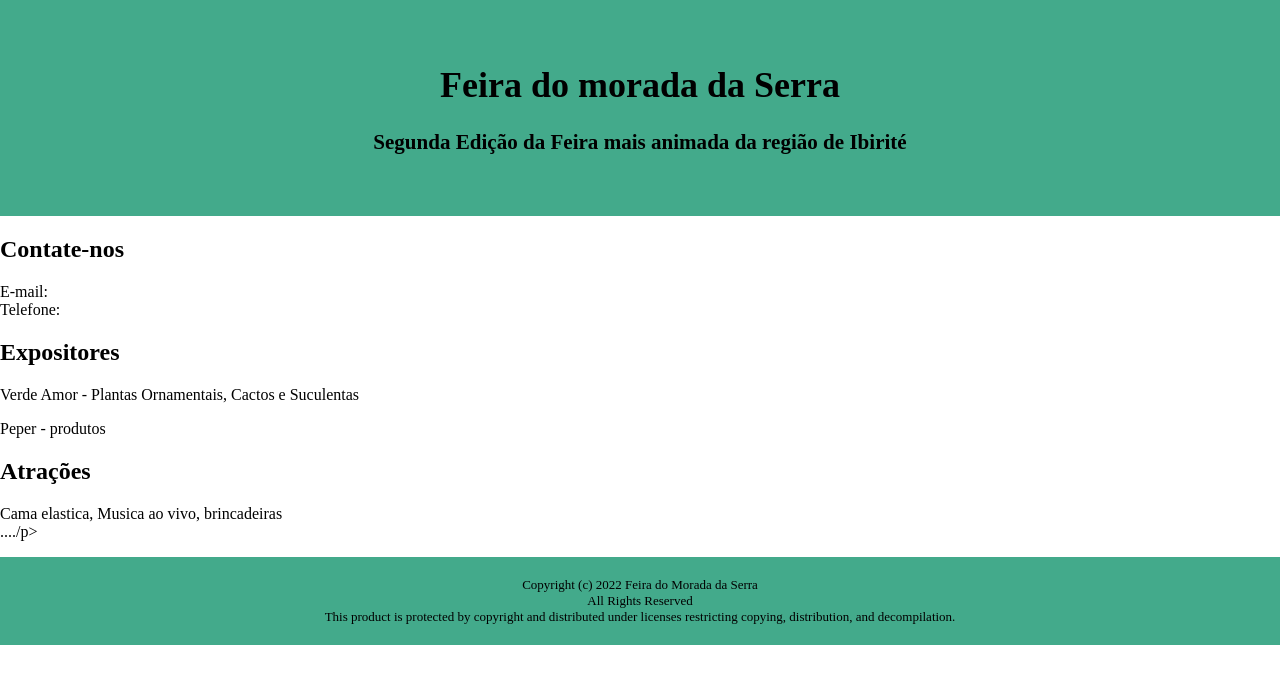
Repository: valerianogueirasilva/feiraibirite
Page: SoacialProject/Index.html
These files come from the project's save history. The page is drawn as it stood at one moment and after the next save; the edit follows.
The browser window is 1280 px wide. The pictures show the whole page.

Above is the page before, as saved 2022-07-11 15:05:27.

### SoacialProject/Index.html
<!DOCTYPE html>
<html>
<head>
<meta charset="ISO-8859-1">
<title>Feira Social do Morada da Serra</title>
<link rel="stylesheet" type="text/css" href="Css/cssfile.css" >
<header id="HeaderId" class="HeaderClass">
<h1 id="H1HeaderId" class="H1HeaderClass">Feira do morada da Serra</h1>
<h3 id="H3HeaderId" class="H3HeaderClass">Segunda Edição da Feira mais animada da região de Ibirité</h3>
</header>

</head>
<body>

<div class="row">
  <div id="ColumnRigthId" class="ColumnRigthClass">
    <h2>Contate-nos</h2>
    <p>E-mail: <br> Telefone: <br> </p>
  </div>

  <div ide="ColumnMiddleId" class="ColumnMiddleClass">
    <h2>Expositores</h2>
    <p id="VerdeAmorId" class="VerdeAmorClass"> Verde Amor - Plantas Ornamentais, Cactos e Suculentas</p>
    <p id="PeperId" Class="PeperClass"> Peper - produtos </p>
    <p></p>
    <p></p>
    <p></p>
    <p></p>
    <p></p>
    <p></p>
    <p></p>
    <p></p>
    <p></p>
    <p></p>
    <p></p>
    <p></p>
    <p></p>
    <p></p>
    <p></p>
    <p></p>
    <p></p>
    <p></p>
    <p></p>
    <p></p>
    <p></p>
    <p></p>
    <p></p>
    <p></p>
    <p></p>
    <p></p>

  </div>

<div id="ColumnLeftId" class="ColumnLeftClass"">
    <h2>Atrações</h2>
    <p>Cama elastica, Musica ao vivo, brincadeiras ..../p>
  </div>
</div>


<footer ide="FooterId" class="FooterClass" >Copyright (c) 2022 Feira do Morada da Serra <br> All Rights Reserved <br>

This product is protected by copyright and distributed under
licenses restricting copying, distribution, and decompilation. </footer>

</body>
</html>

### SoacialProject/Css/cssfile.css
/*
Author: Valeria Nogueira
Date: 11 july 2022
Section: Social Project

https://coolors.co/f94144-f3722c-f8961e-fdc9b0-f9c74f-74a94c-43aa8b-4f9290-ffffff-040d10
*/

.HeaderClass {
   text-align: center;
   background: #43AA8B;
   padding: 40px;
   font-size: 18px;
}

body {
  margin: 0;
}

.ColumnRigthClass {
	width: 25%;
}
.ColumnMiddleClass{
	width: 50%;
}

.ColumnLeftClass {
	width: 25%;
}










.FooterClass {
	text-align: center;
	padding: 20px;
	background: #43AA8B;
	font-size: 13px;
}

After the next save:
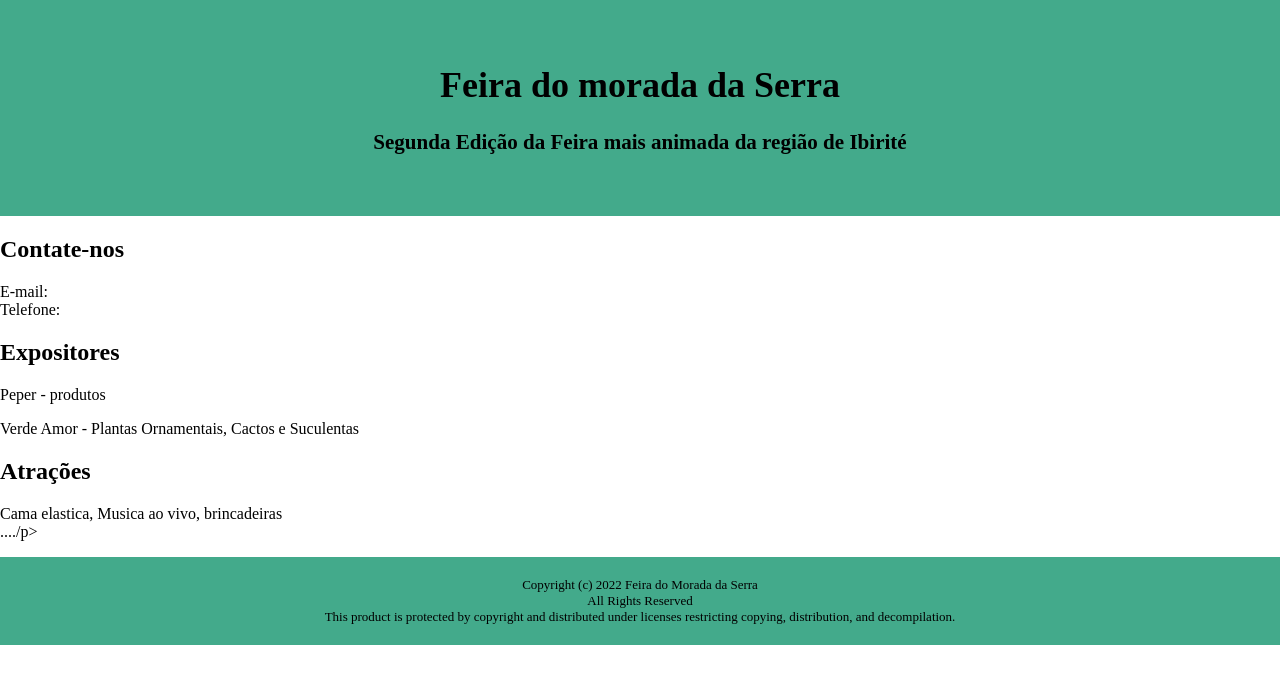
Saved 66 s later.
--- a/SoacialProject/Index.html
+++ b/SoacialProject/Index.html
@@ -20,8 +20,8 @@
 
   <div ide="ColumnMiddleId" class="ColumnMiddleClass">
     <h2>Expositores</h2>
+    <p id="PeperId" Class="PeperClass"> Peper - produtos </p>
     <p id="VerdeAmorId" class="VerdeAmorClass"> Verde Amor - Plantas Ornamentais, Cactos e Suculentas</p>
-    <p id="PeperId" Class="PeperClass"> Peper - produtos </p>
     <p></p>
     <p></p>
     <p></p>
